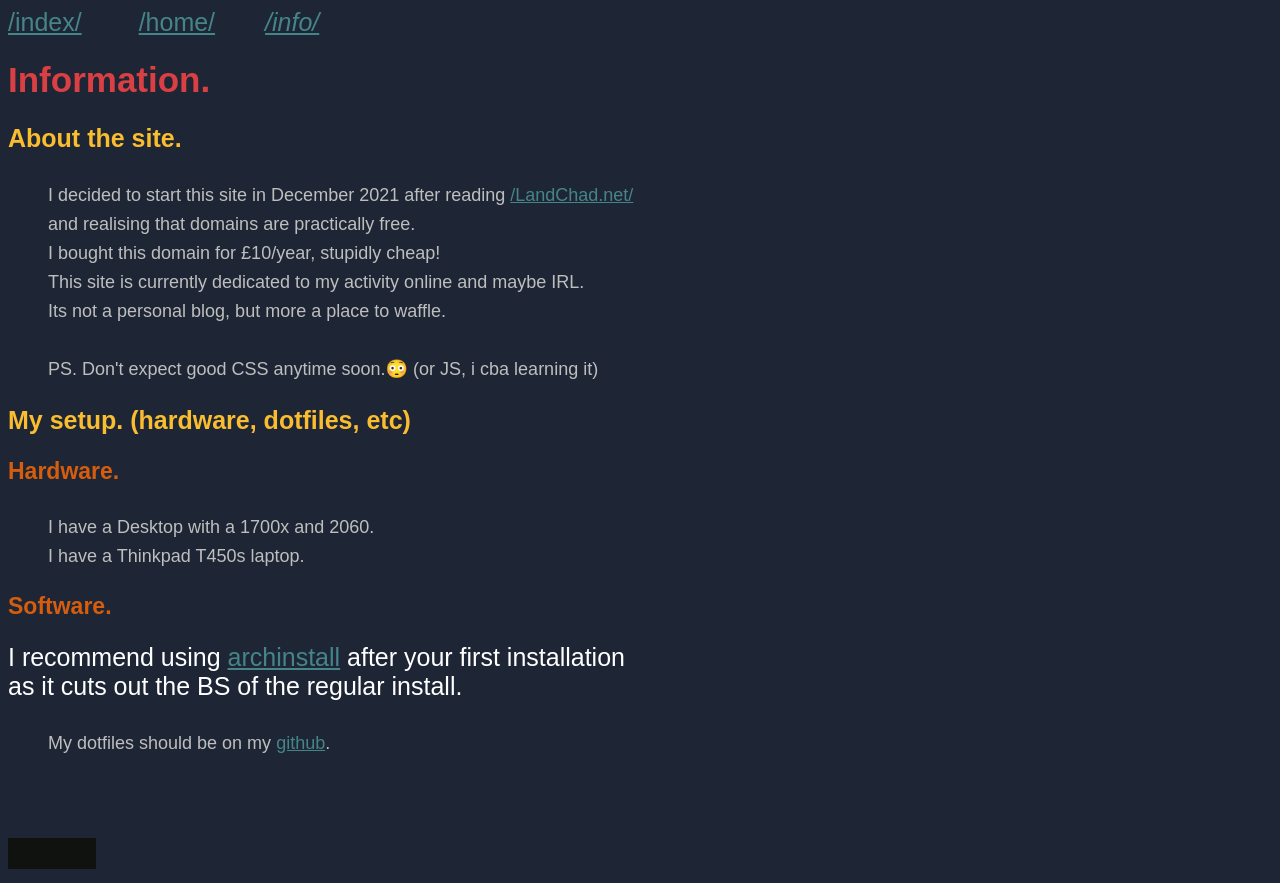
Repository: KieranCrossland/kierancrosslandxyz
Page: info.html
The author's editor kept a copy of each file at every save. The page is drawn from the files as they stood at one save, then again after the next save.
The browser window is 1280 px wide. The pictures show the whole page.

Above is the page before, as saved 2022-06-19 02:21:48.

After the next save:
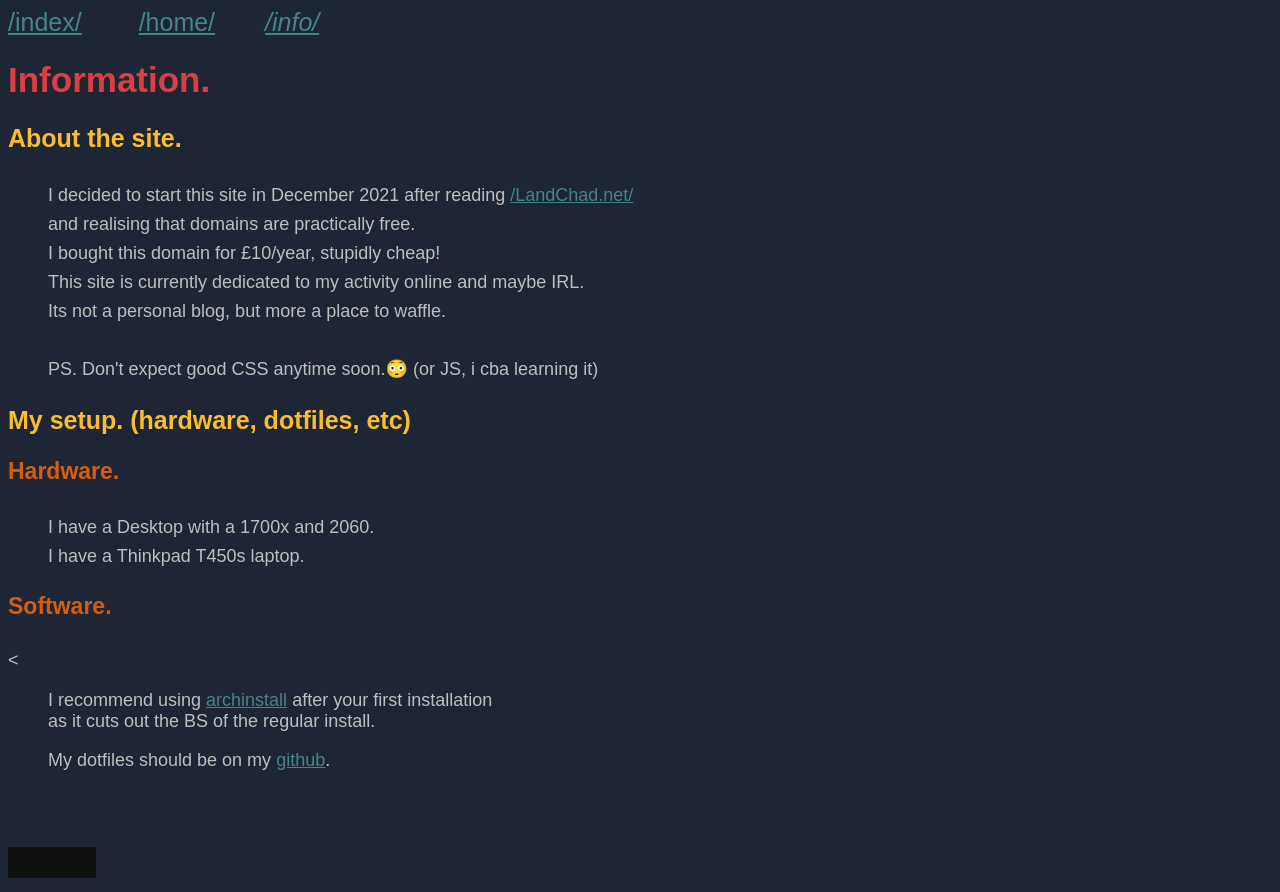
Saved 22 s later.
--- a/info.html
+++ b/info.html
@@ -84,7 +84,8 @@ h3 {
 
 <ul><p1>I have a Desktop with a 1700x and 2060.<br>I have a Thinkpad T450s laptop.</p1></ul>
 
-<h3>Software.</h3>I recommend using <a href="https://wiki.archlinux.org/title/Archinstall" target="_blank">archinstall</a> after your first installation<br>as it cuts out the BS of the regular install. </p1></ul>
+<h3>Software.</h3>
+<p1><<ul>I recommend using <a href="https://wiki.archlinux.org/title/Archinstall" target="_blank">archinstall</a> after your first installation<br>as it cuts out the BS of the regular install. </p1></ul>
 <ul><p1>My dotfiles should be on my <a href="https://github.com/kierancrossland" target="_blank">github</a>.</p1></ul>
 <br><br><a href="https://landchad.net" target="_blank">
  <img src="img/landchad.gif" width="88px" height="31px" alt=""/>
